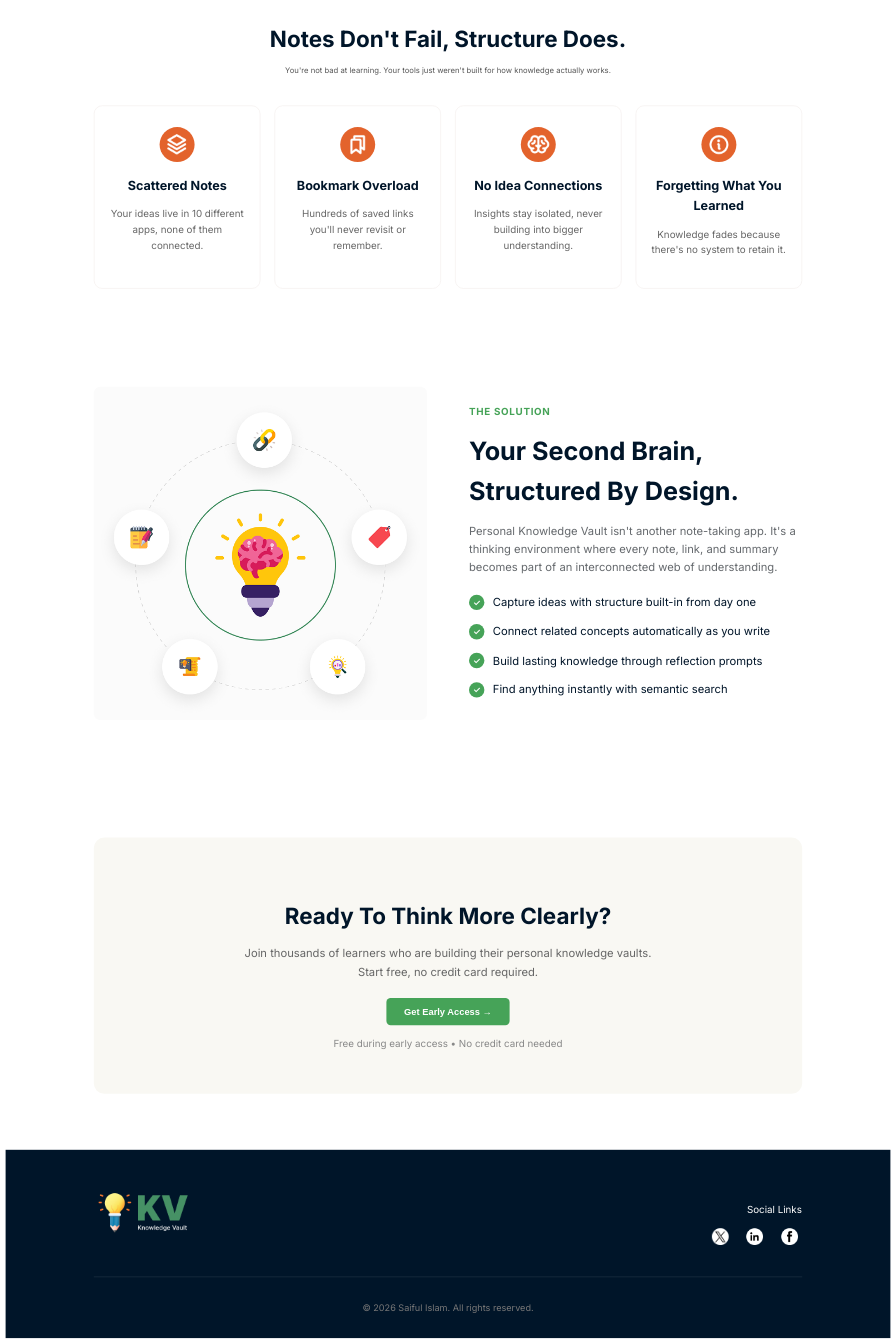
Repository: Saiful21Islam/my-fast-devel
Page: index.html
These files come from the project's save history. The page is drawn as it stood at one moment and after a run of saves; the edit follows.
The browser window is 1280 px wide. The pictures show the part of the page from y = 671 to 2591 px (the page is 2591 px tall), at 70% of full size.

Above is the page before, as saved 2026-01-31 14:43:56.

After the next 2 saves:
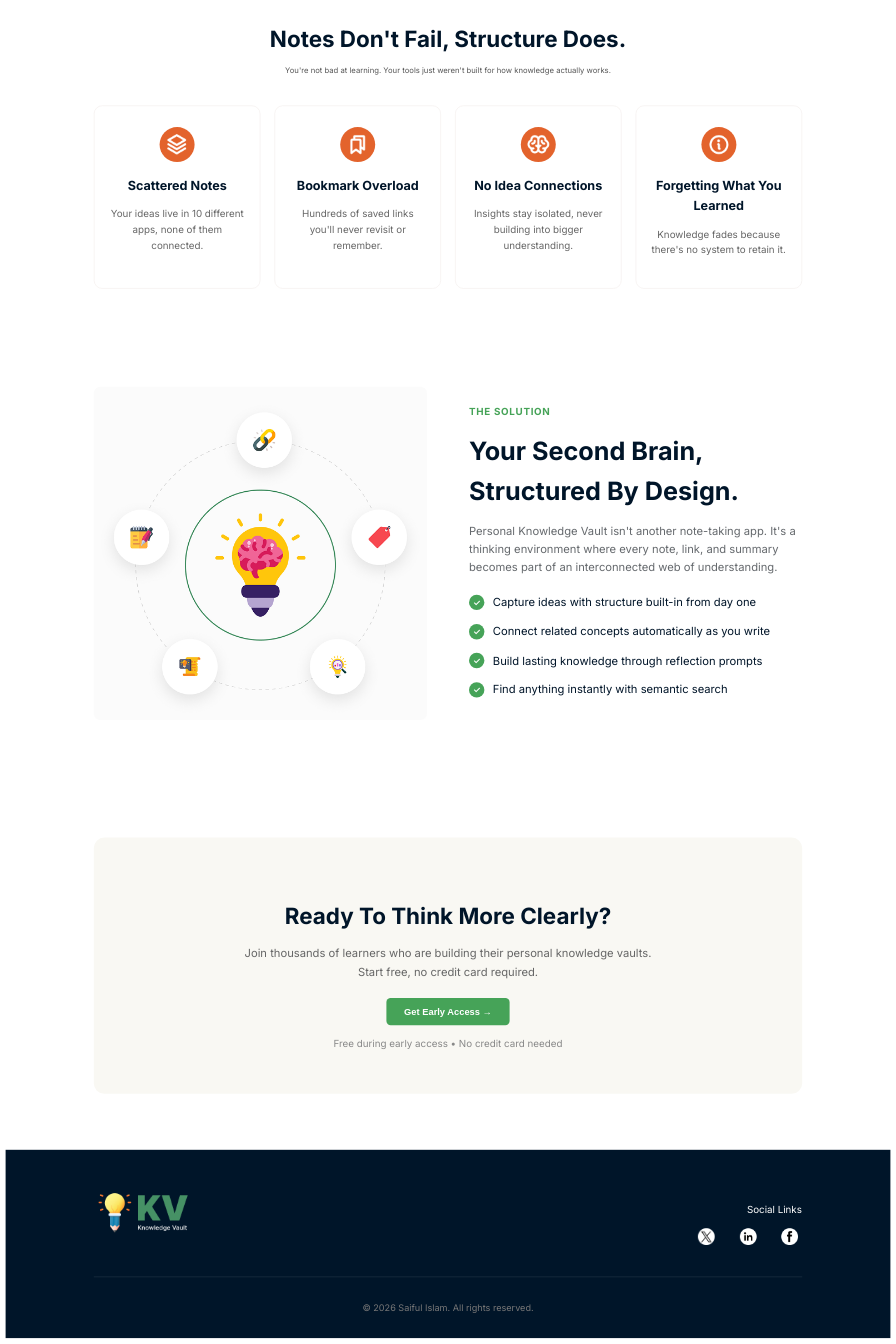
The 2 saves are shown as one change because they came seconds apart.
The last was saved 7 s later.
--- a/style.css
+++ b/style.css
@@ -363,7 +363,7 @@ h1 {
 .icons {
     display: flex;
     justify-content: flex-end;
-    gap: 0.3em;
+    gap: 0.9em;
 }
 .icons a {
     display: flex;
